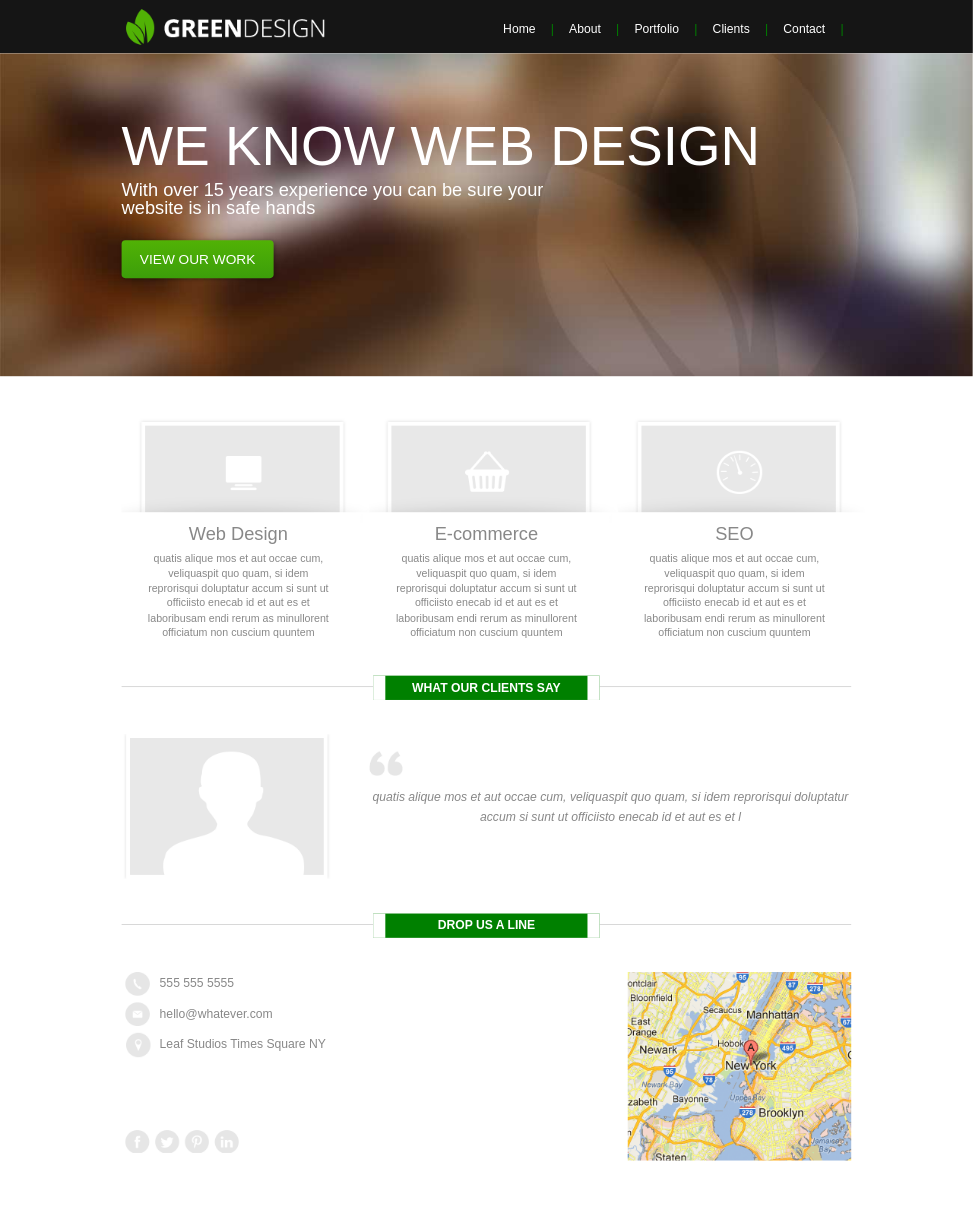
Repository: prathmeshgodbole/Javascript
Page: Basics/Jquery/index.html
The author's editor kept a copy of each file at every save. The page is drawn from the files as they stood at one save, then again after the next save.
The browser window is 1280 px wide. The pictures show the whole page, at 76% of full size.

Above is the page before, as saved 2020-08-07 15:41:53.

### Basics/Jquery/index.html
<!DOCTYPE html>
<html>

<head>
    <title>Green Design</title>
    <link href="style.css" rel="stylesheet" type="text/css">
</head>

<body>

    <header>
        <div class="wrapper">
            <h1 id="logo">Green Design</h1>
            <nav>
                <h2>Main Navigation</h2>
                <ul>
                    <li><a href="">Home</a><span>|</span></li>
                    <li><a href="">About</a><span>|</span></li>
                    <li><a href="">Portfolio</a><span>|</span></li>
                    <li><a href="">Clients</a><span>|</span></li>
                    <li><a href="">Contact</a><span>|</span></li>
                </ul>
            </nav>
        </div>
    </header>

    <div id="lead-banner">
        <img src="images/banner.jpg" alt="lead banner">
        <div class="banner-overlay">
            <div class="wrapper">
                <div class="banner-title">We Know Web Design</div>
                <p>With over 15 years experience you can be sure your website is in safe hands</p>
                <a href="">View Our Work</a>
            </div>
        </div>
    </div>

    <div id="main-content">

        <div class="wrapper">
            <section id="points-of-sale">
                <h2>Points of Sale</h2>
                <ul>
                    <li>
                        <img src="images/cs-1.png" alt="web design">
                        <h3>Web Design</h3>
                        <p>quatis alique mos et aut occae cum, veliquaspit quo quam, si idem reprorisqui doluptatur accum si sunt ut officiisto enecab id et aut es et laboribusam endi rerum as minullorent officiatum non cuscium quuntem</p>
                    </li>
                    <li>
                        <img src="images/cs-2.png" alt="e-commerce">
                        <h3>E-commerce</h3>
                        <p>quatis alique mos et aut occae cum, veliquaspit quo quam, si idem reprorisqui doluptatur accum si sunt ut officiisto enecab id et aut es et laboribusam endi rerum as minullorent officiatum non cuscium quuntem</p>
                    </li>
                    <li>
                        <img src="images/cs-3.png" alt="seo">
                        <h3>SEO</h3>
                        <p>quatis alique mos et aut occae cum, veliquaspit quo quam, si idem reprorisqui doluptatur accum si sunt ut officiisto enecab id et aut es et laboribusam endi rerum as minullorent officiatum non cuscium quuntem</p>
                    </li>
                </ul>
            </section>

            <section id="clients">
                <h2>What Our Clients Say</h2>
                <img src="images/head.png" alt="quote">
                <blockquote>quatis alique mos et aut occae cum, veliquaspit quo quam, si idem reprorisqui doluptatur accum si sunt ut officiisto enecab id et aut es et l</blockquote>
            </section>

            <section id="contact">
                <h2>Drop Us A Line</h2>
                <ul id="contact-methods">
                    <li>555 555 5555</li>
                    <li>hello@whatever.com</li>
                    <li>
                        <span>Leaf Studios</span>
                        <span>Times Square</span>
                        <span>NY</span>
                    </li>
                </ul>

                <img src="images/map.png" alt="map">

                <ul id="social-nav">
                    <li class="facebook"><a href="">Facebook</a></li>
                    <li class="twitter"><a href="">Twitter</a></li>
                    <li class="pinterest"><a href="">Pinterest</a></li>
                    <li class="linked-in"><a href="">Linked In</a></li>
                </ul>

            </section>
        </div>

    </div>
    <script src="scripts/jquery-3.5.1.js"></script>
    <!-- <script src="scripts/selector.js"></script> -->
    <!-- <script src="scripts/filter.js"></script> -->
    <!-- <script src="scripts/Travers_DOM.js"></script> -->
    <script src="scripts/adding-content.js"></script>
</body>

</html>

### Basics/Jquery/style.css
html,
body,
div,
span,
object,
iframe,
h1,
h2,
h3,
h4,
h5,
h6,
p,
blockquote,
pre,
abbr,
address,
cite,
code,
del,
dfn,
em,
img,
ins,
kbd,
q,
samp,
small,
strong,
sub,
sup,
var,
b,
i,
dl,
dt,
dd,
ol,
ul,
li,
fieldset,
form,
label,
legend,
table,
caption,
tbody,
tfoot,
thead,
tr,
th,
td,
article,
aside,
canvas,
details,
figcaption,
figure,
footer,
header,
hgroup,
menu,
nav,
section,
summary,
time,
mark,
audio,
video {
    margin: 0;
    padding: 0;
    border: 0;
    outline: 0;
    font-size: 100%;
    vertical-align: baseline;
    background: transparent;
    font-family: arial;
}

body {
    line-height: 1;
}

article,
aside,
details,
figcaption,
figure,
footer,
header,
hgroup,
menu,
nav,
section {
    display: block;
}

nav ul {
    list-style: none;
}

blockquote,
q {
    quotes: none;
}

blockquote:before,
blockquote:after,
q:before,
q:after {
    content: '';
    content: none;
}

a {
    margin: 0;
    padding: 0;
    font-size: 100%;
    vertical-align: baseline;
    background: transparent;
}


/* change colours to suit your needs */

ins {
    background-color: #ff9;
    color: #000;
    text-decoration: none;
}


/* change colours to suit your needs */

mark {
    background-color: #ff9;
    color: #000;
    font-style: italic;
    font-weight: bold;
}

del {
    text-decoration: line-through;
}

abbr[title],
dfn[title] {
    border-bottom: 1px dotted;
    cursor: help;
}

table {
    border-collapse: collapse;
    border-spacing: 0;
}


/* change border colour to suit your needs */

hr {
    display: block;
    height: 1px;
    border: 0;
    border-top: 1px solid #cccccc;
    margin: 1em 0;
    padding: 0;
}

input,
select {
    vertical-align: middle;
}


/*//////////// end css reset //////////*/

.wrapper {
    width: 100%;
    max-width: 960px;
    margin: 0 auto;
}

header {
    background: #151515;
}

header:after {
    content: "";
    display: block;
    clear: both;
}

#logo {
    background: url(images/logo.png) no-repeat;
    height: 70px;
    width: 280px;
    float: left;
    text-indent: -10000px;
}

header nav {
    float: right;
    margin-top: 30px;
    margin-right: 10px;
}

header nav a {
    color: #fff;
    text-decoration: none;
    font-family: arial;
}

header nav h2 {
    height: 0;
    text-indent: -10000px;
}

header nav li {
    float: left;
    margin-left: 20px;
}

header nav span {
    color: green;
    margin-left: 20px;
}

#lead-banner img {
    width: 100%;
}

#lead-banner {
    max-height: 440px;
    overflow: hidden;
    position: relative;
}

.banner-overlay {
    position: absolute;
    top: 20%;
    width: 100%;
}

.banner-title {
    color: #fff;
    text-transform: uppercase;
    font-size: 72px;
}

#lead-banner p {
    color: #fff;
    font-size: 24px;
    max-width: 600px;
    margin-top: 10px;
}

#lead-banner a {
    /* Permalink - use to edit and share this gradient: http://colorzilla.com/gradient-editor/#51b205+0,3c9e0a+100 */
    background: #51b205;
    /* Old browsers */
    background: -moz-linear-gradient(top, #51b205 0%, #3c9e0a 100%);
    /* FF3.6+ */
    /*7-8-2020 background: -webkit-gradient(linear, left top, left bottom, color-stop(0%, #51b205), color-stop(100%, #3c9e0a)); */
    /* Chrome,Safari4+ */
    background: -webkit-linear-gradient(top, #51b205 0%, #3c9e0a 100%);
    /* Chrome10+,Safari5.1+ */
    background: -o-linear-gradient(top, #51b205 0%, #3c9e0a 100%);
    /* Opera 11.10+ */
    /* 7-8-2020 background: -ms-linear-gradient(top, #51b205 0%, #3c9e0a 100%); */
    /* IE10+ */
    background: linear-gradient(to bottom, #51b205 0%, #3c9e0a 100%);
    /* W3C */
    /* 7-8-2020 filter: progid: DXImageTransform.Microsoft.gradient( startColorstr='#51b205', endColorstr='#3c9e0a', GradientType=0); */
    /* IE6-9 */
    color: #fff;
    display: block;
    width: 200px;
    font-size: 18px;
    text-align: center;
    padding: 16px 0;
    text-decoration: none;
    border-radius: 5px;
    text-transform: uppercase;
    margin-top: 30px;
    box-shadow: 1px 1px 6px rgba(0, 0, 0, 0.4)
}

section {
    margin: 40px 0 60px;
}

section:after {
    content: "";
    display: block;
    clear: both;
}

section#points-of-sale ul {
    list-style-type: none;
}

#points-of-sale h2 {
    height: 0;
    text-indent: -10000px;
}

#points-of-sale li {
    float: left;
    width: 32%;
}

#points-of-sale li:nth-child(2) {
    margin: 0 2%;
}

#points-of-sale li h3 {
    text-align: center;
    color: #888;
    font-size: 24px;
    font-weight: normal;
    margin-bottom: 10px;
}

#points-of-sale p {
    text-align: center;
    width: 80%;
    margin: 0 10%;
    font-size: 14px;
    color: #888;
    line-height: 1.4em;
}

#clients,
#contact {
    border-top: 1px solid #ccc;
    padding-top: 30px
}

#clients h2,
#contact h2 {
    background: green;
    color: #fff;
    padding: 8px;
    text-align: center;
    width: 250px;
    text-transform: uppercase;
    position: relative;
    top: -45px;
    margin: 0 auto;
    border-left: 16px solid #fff;
    border-right: 16px solid #fff;
}

#clients img {
    float: left;
    width: 30%;
}

#clients blockquote {
    float: right;
    width: 66%;
    margin-top: 20px;
    text-align: center;
    font-style: italic;
    line-height: 1.6em;
    color: #888;
    padding-top: 50px;
    background: url(images/quote.png) no-repeat top left;
}

#contact-methods {
    float: left;
}

#contact-methods li {
    list-style-type: none;
    color: #888;
    line-height: 30px;
    clear: left;
}

#contact-methods li:before {
    content: "";
    display: block;
    width: 40px;
    height: 40px;
    float: left;
    margin-right: 10px;
    background: url(images/logo-sprite.png) no-repeat;
}

#contact-methods li:nth-child(1):before {
    background-position: -158px 0;
}

#contact-methods li:nth-child(2):before {
    background-position: -198px 0;
}

#contact-methods li:nth-child(3):before {
    background-position: -238px 0;
}

#contact img {
    float: right;
}

#social-nav {
    clear: both;
    position: relative;
    top: -40px;
}

#social-nav li {
    list-style-type: none;
    float: left;
    width: 40px;
    height: 30px;
    background: url(images/logo-sprite.png) no-repeat;
    text-indent: -10000px;
}

#social-nav li:nth-child(2) {
    background-position: -40px 0;
}

#social-nav li:nth-child(3) {
    background-position: -80px 0;
}

#social-nav li:nth-child(4) {
    background-position: -120px 0;
}

#social-nav a {
    display: block;
    width: 100%;
    height: 100%;
}

### Basics/Jquery/scripts/adding-content.js
 var paragraph = "Hellow good morning";
 //append()
 //  $("#contact div").append(para);
 //  //prepend()
 //  $("wrapper div").prepend(para);
 //  //before()
 //  $("#contact div").before(para);
 //  //after()
 //  $("#contact div").after(para);
 //html()
 $("#contact div").html(paragraph);
 //text()

Loaded but not shown: Basics/Jquery/scripts/jquery-3.5.1.js (library)

After the next save:
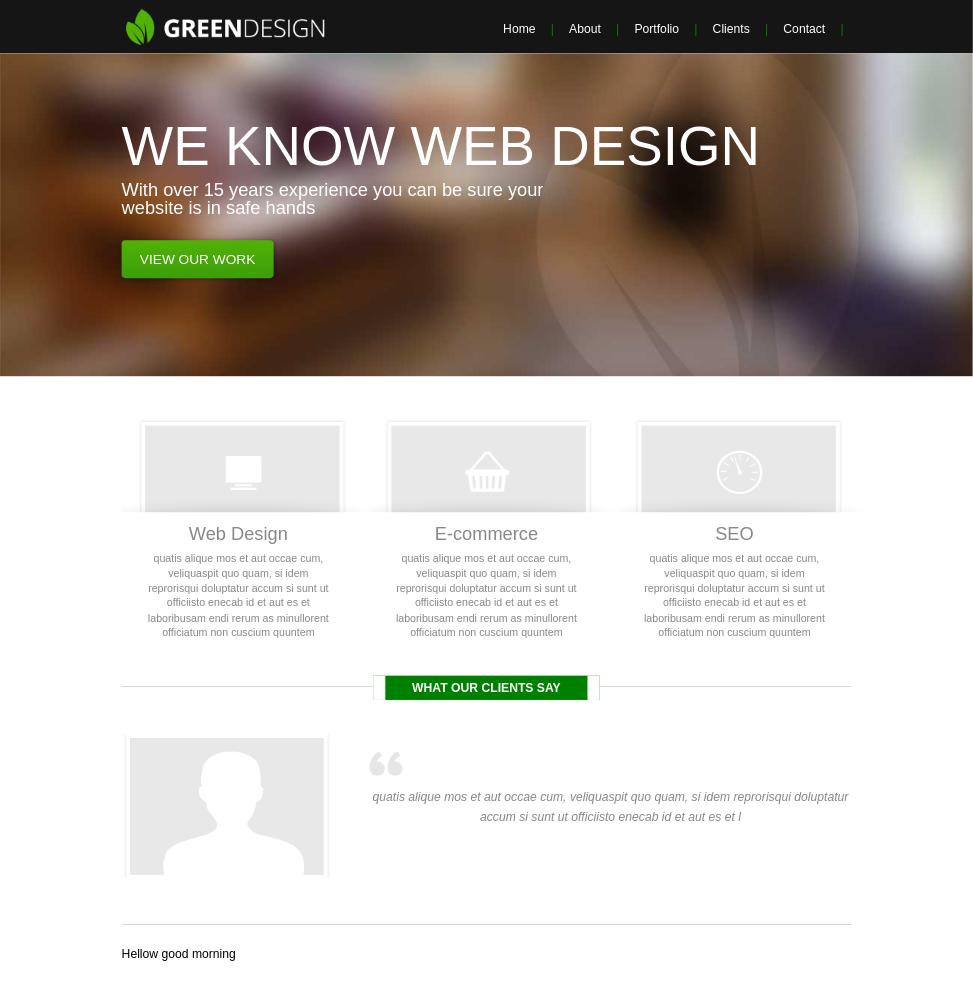
Saved 8 s later.
--- a/Basics/Jquery/scripts/adding-content.js
+++ b/Basics/Jquery/scripts/adding-content.js
@@ -8,5 +8,5 @@
  //  //after()
  //  $("#contact div").after(para);
  //html()
- $("#contact div").html(paragraph);
+ $("#contact").html(paragraph);
  //text()

After the save that followed:
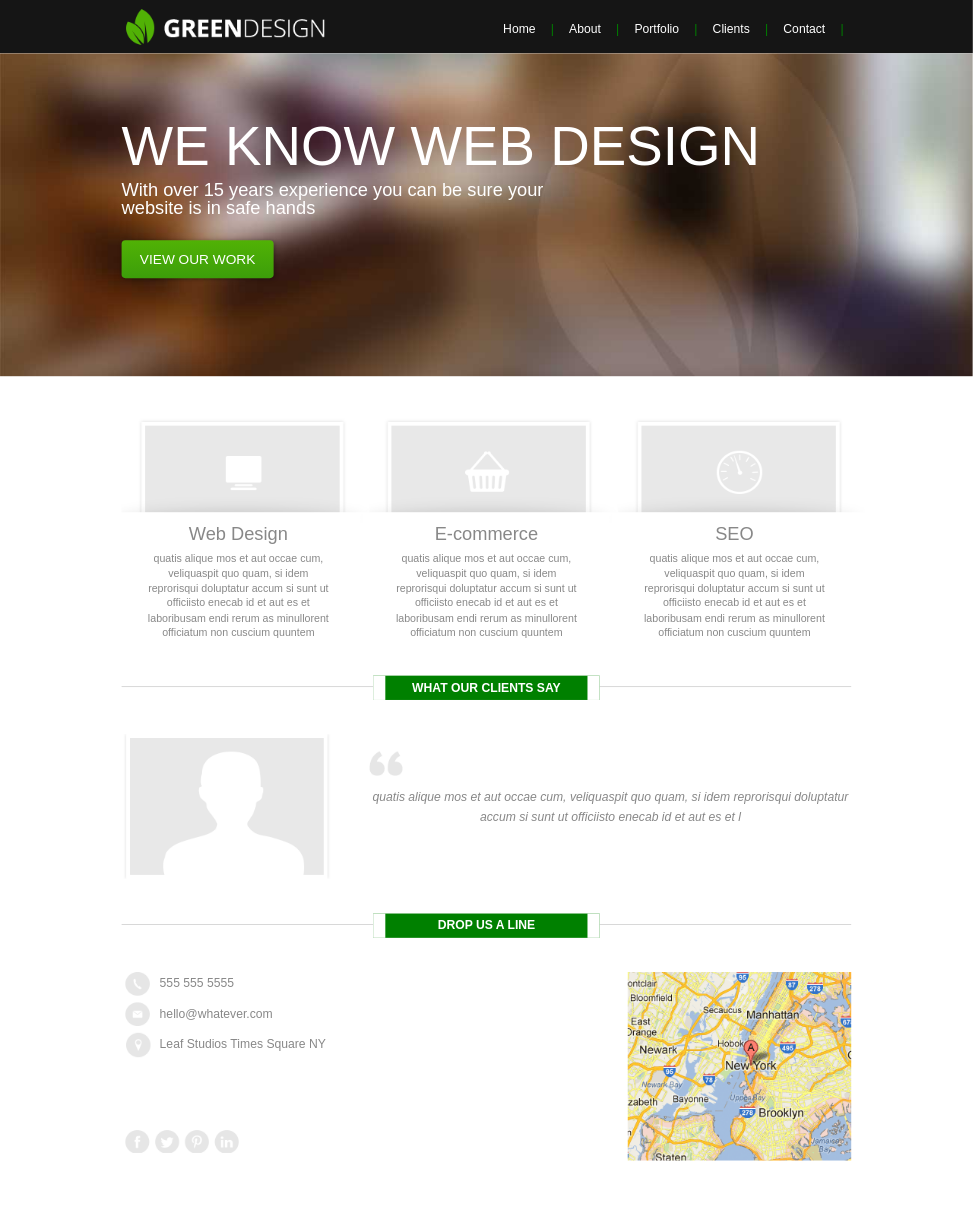
Saved 17 s later.
--- a/Basics/Jquery/scripts/adding-content.js
+++ b/Basics/Jquery/scripts/adding-content.js
@@ -8,5 +8,5 @@
  //  //after()
  //  $("#contact div").after(para);
  //html()
- $("#contact").html(paragraph);
+ $("#contact div").html(paragraph);
  //text()
